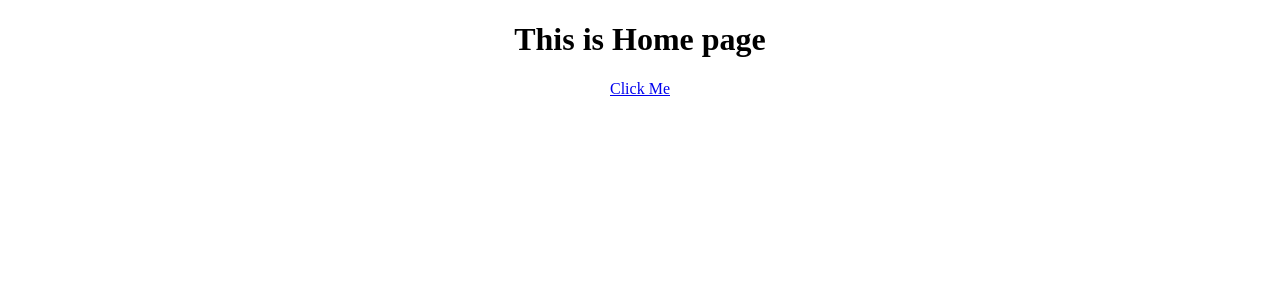
Repository: Hashim-Ansari-82/Servlet-And-JSP
Page: 2nd-Servlet-Demo/src/main/webapp/index.html
An editor plug-in stored every save of this project. The page is shown before and after the next save, followed by the edit.
The browser window is 1280 px wide. The pictures show the whole page.

Above is the page before, as saved 2026-06-02 20:47:48.

### 2nd-Servlet-Demo/src/main/webapp/index.html
<!DOCTYPE html>
<html>
<head>
<meta charset="UTF-8">
<title>Insert title here</title>
</head>
<body>
<div style="text-align:center">
<h1>This is Home page</h1>
<a href="first">Click Me</a>
</div>
</body>
</html>

After the next save:
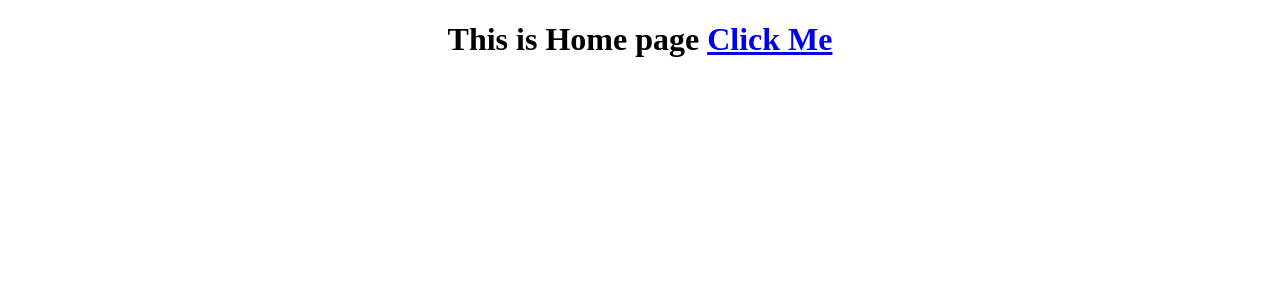
Saved 33 s later.
--- a/2nd-Servlet-Demo/src/main/webapp/index.html
+++ b/2nd-Servlet-Demo/src/main/webapp/index.html
@@ -6,8 +6,9 @@
 </head>
 <body>
 <div style="text-align:center">
-<h1>This is Home page</h1>
+<h1>This is Home page
 <a href="first">Click Me</a>
+</h1>
 </div>
 </body>
 </html>
